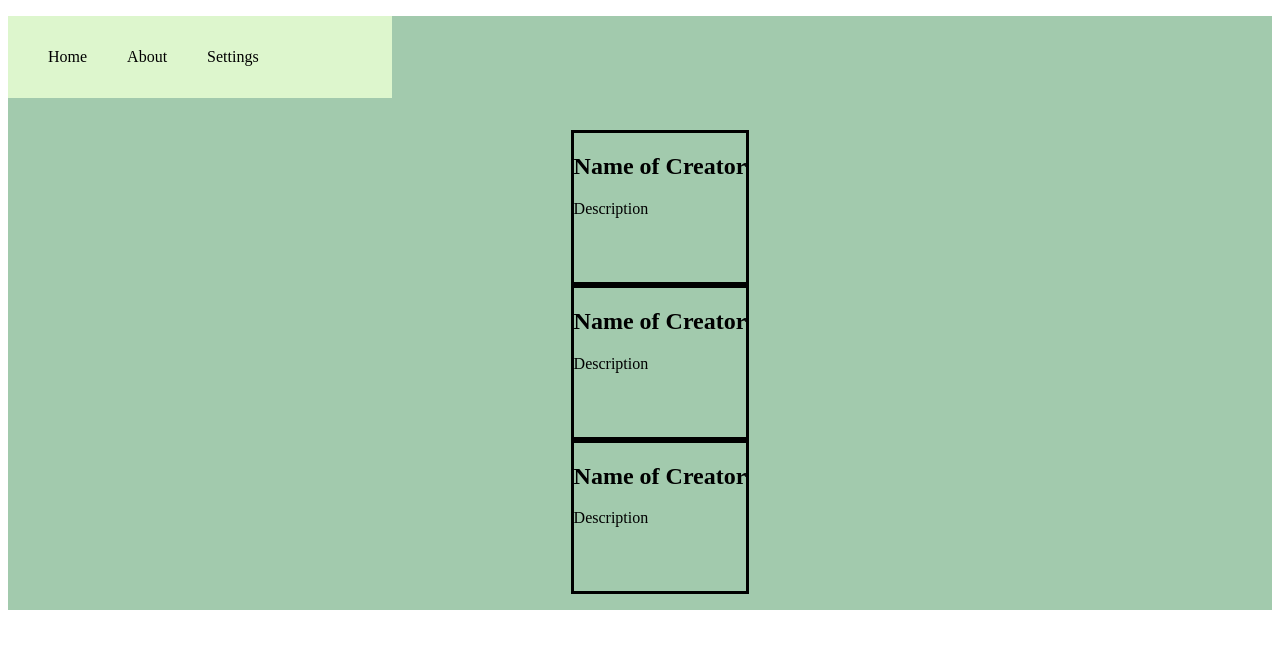
Repository: k8ANStar/Questify
Page: /About
The author's editor kept a copy of each file at every save. The page is drawn from the files as they stood at one save, then again after a run of saves.
The browser window is 1280 px wide. The pictures show the whole page.
The project was rebuilt for these pictures with package versions that can differ from the ones it lists, and the page was loaded fresh each time. The framework's server and built-in components were replaced by stand-ins that run in the browser. Also part of the build but not shown: next.config.mjs.

Above is the page before, as saved 2024-03-24 22:05:53.

After the next 5 saves:
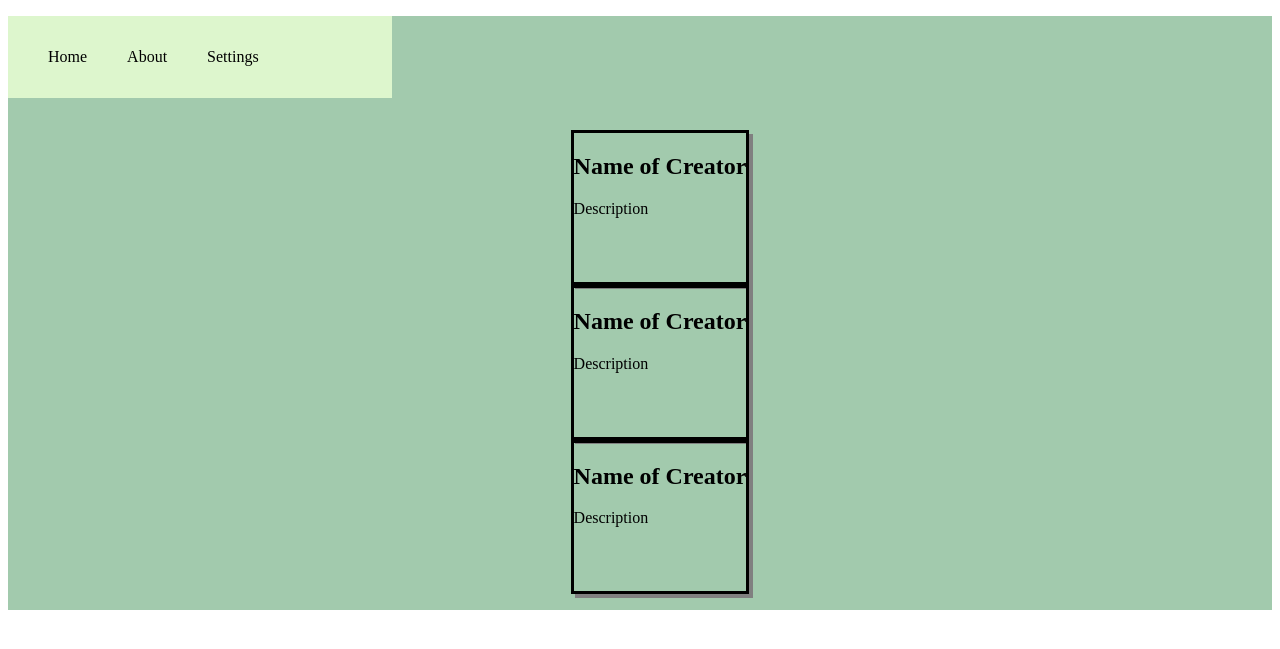
The 5 saves are shown as one change because they came seconds apart.
The last was saved 31 s later.
--- a/components/Card/Card.module.css
+++ b/components/Card/Card.module.css
@@ -4,5 +4,5 @@
 	padding-bottom: 3rem;
 	align-items: center;
 	text-decoration: none;
-box-shadow: ;
+	box-shadow: 4px 4px gray;
 }
